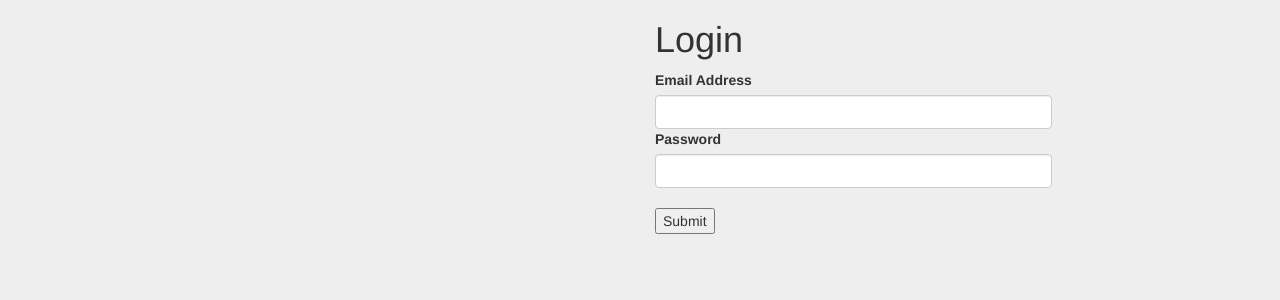
Repository: neoighodaro-articles/migrating-to-laravel
Page: http://localhost/
These files come from the project's save history. The page is drawn as it stood at one moment and after the next save; the edit follows.
The browser window is 1280 px wide. The pictures show the whole page.
The page is run by PHP 8.4 with error messages shown; the project is at /var/www/html/.

Above is the page before, as saved 2018-06-12 20:43:58.

After the next save:
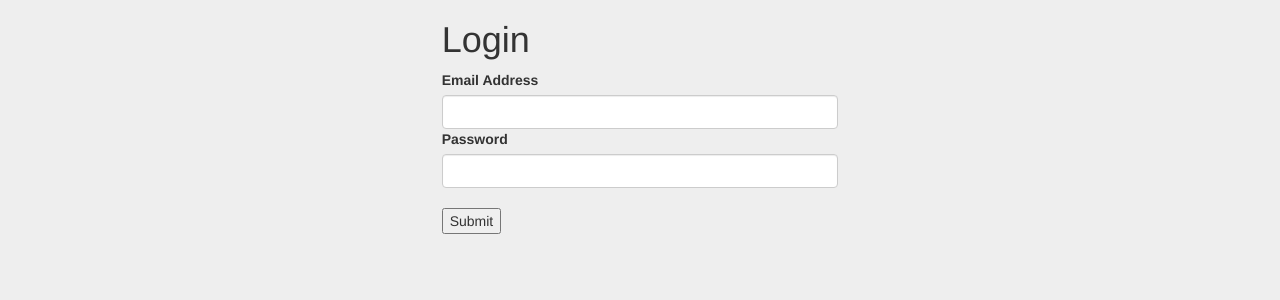
Saved 64 min 39 s later.
--- a/vanilla/index.php
+++ b/vanilla/index.php
@@ -14,7 +14,7 @@
 </head>
 <body>
   <div class="rows">
-    <div class="col-md-4 col-md-offset-6">
+    <div class="col-md-4 col-md-offset-4">
       <form method="POST">
         <h1> Login </h1>
         <label>Email Address</label>
